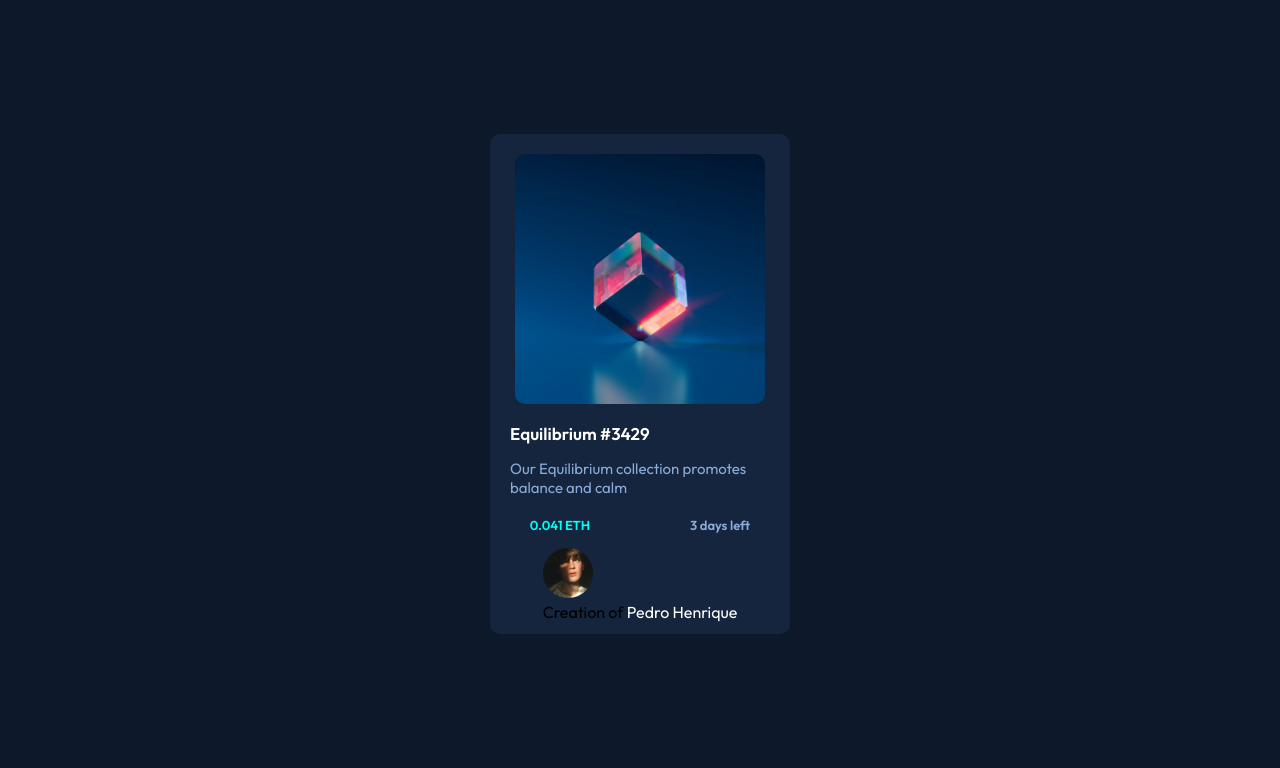
Repository: PedroHEAA/nft
Page: index.html
An editor plug-in stored every save of this project. The page is shown before and after a run of saves, followed by the edit.
The browser window is 1280 px wide. The pictures show the whole page.

Above is the page before, as saved 2022-11-03 20:48:32.

After the next 6 saves:
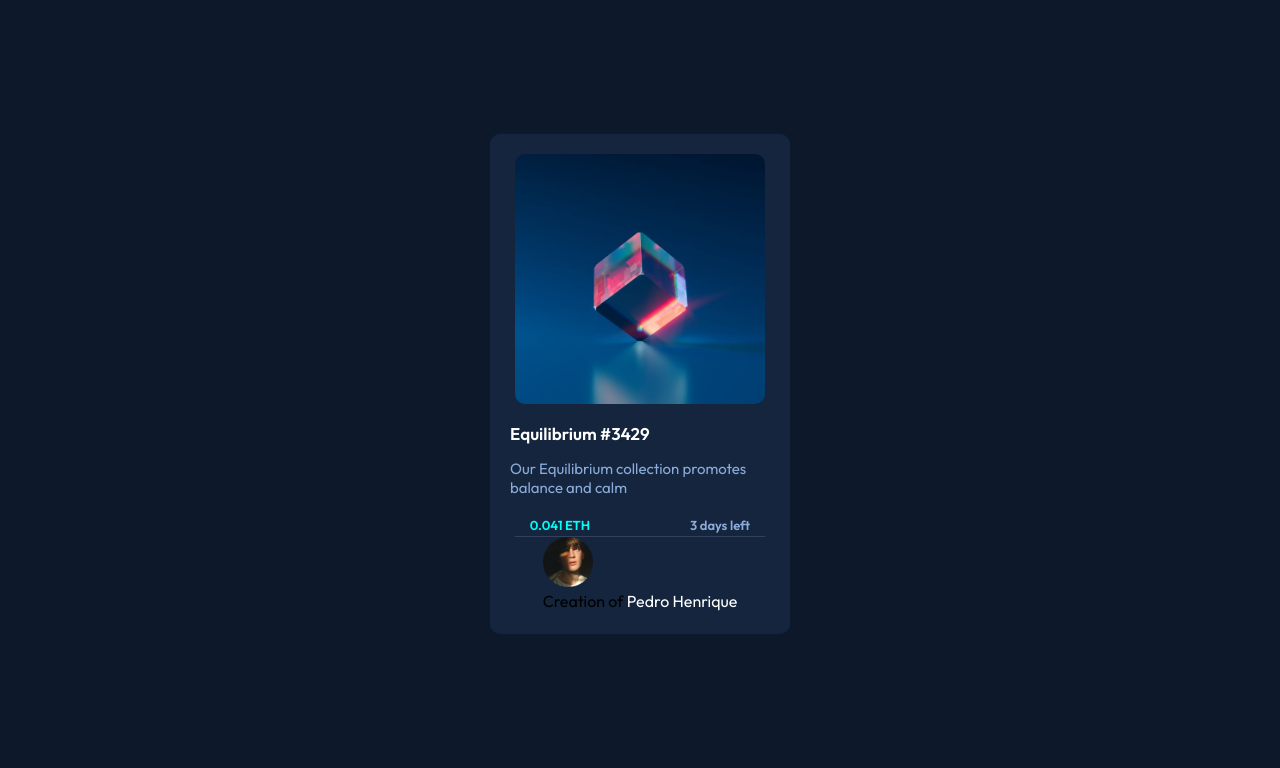
The 6 saves are shown as one change because they came seconds apart.
The last was saved 26 s later.
--- a/src/css/style.css
+++ b/src/css/style.css
@@ -67,5 +67,5 @@
     width: 250px;
     height: 1px;
     border-width: 0;
-    margin-top: 15px;
+    margin-top: 3px;
 }
